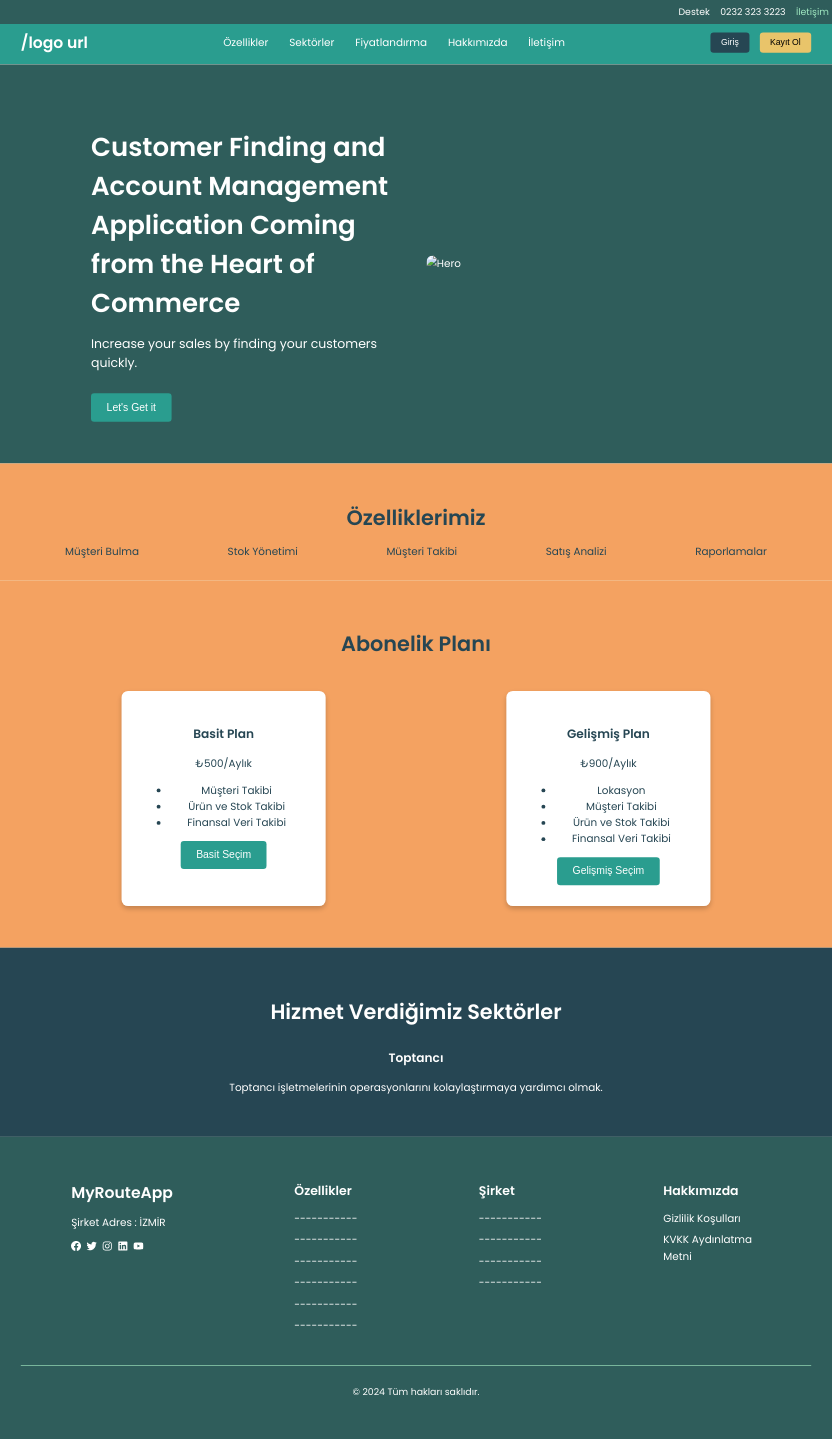
Repository: senolinanyasar/myrouteapplication
Page: /
These files come from the project's save history. The page is drawn as it stood at one moment and after the next save; the edit follows.
The browser window is 1280 px wide. The pictures show the whole page, at 65% of full size.
The project was rebuilt for these pictures with package versions that can differ from the ones it lists, and the page was loaded fresh each time. Also part of the build but not shown: vite.config.js.

Above is the page before, as saved 2024-11-14 19:53:59.

After the next save:
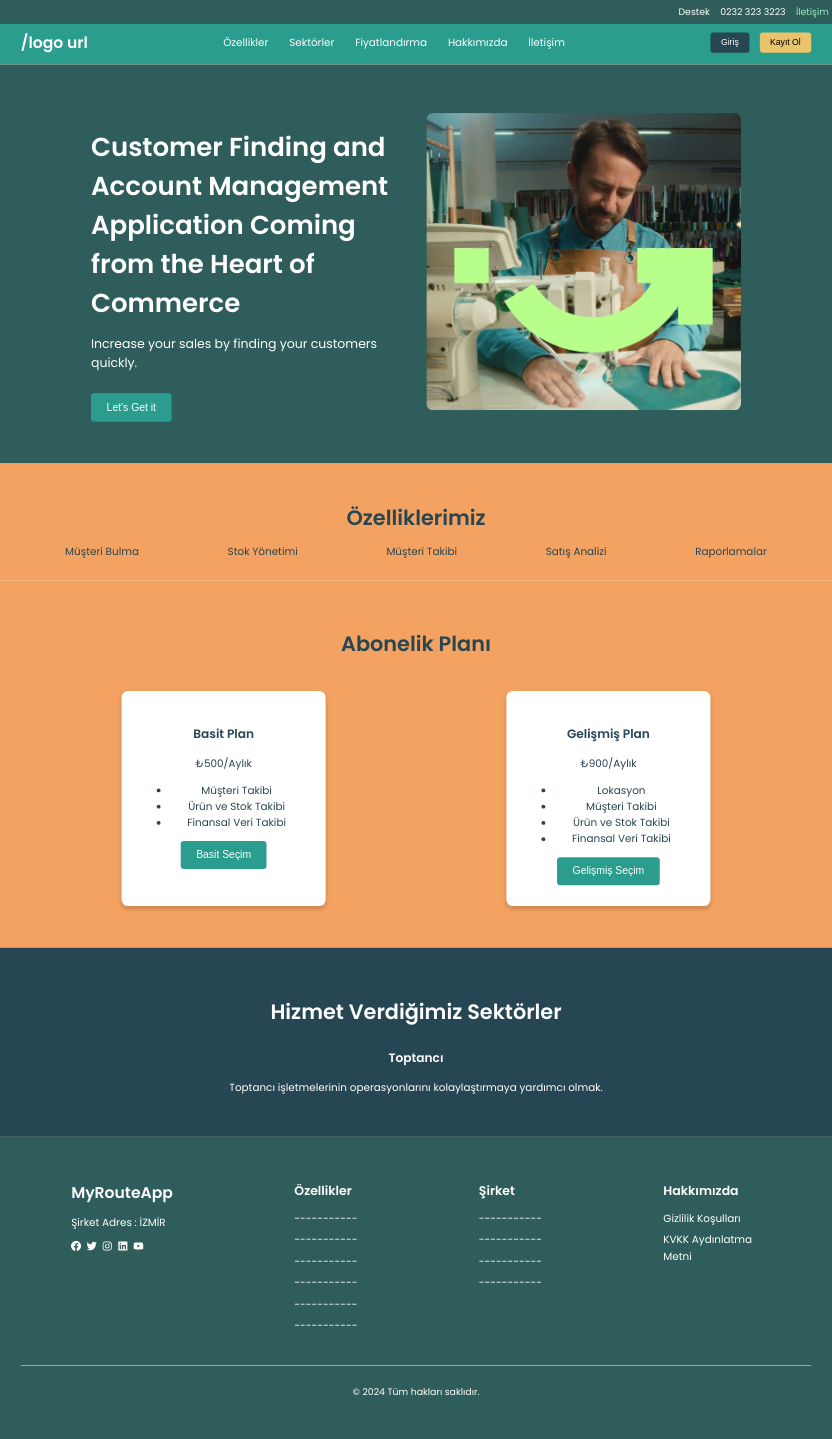
Saved 2 min 47 s later.
--- a/src/components/HeroSection.js
+++ b/src/components/HeroSection.js
@@ -1,6 +1,7 @@
 // HeroSection.js
 import React from 'react';
 import './HeroSection.css';
+import herosectionimage from '../images/hero1.webp';
 
 const HeroSection = () =>{
     return(
@@ -12,7 +13,7 @@ const HeroSection = () =>{
                     <button className='cta-button'>Let's Get it</button>
                 </div>
                 <div className='hero-image'>
-                    <img src='' alt="Hero"/>
+                    <img src={herosectionimage} alt="Hero"/>
                 </div>
             </div>
         </section>
